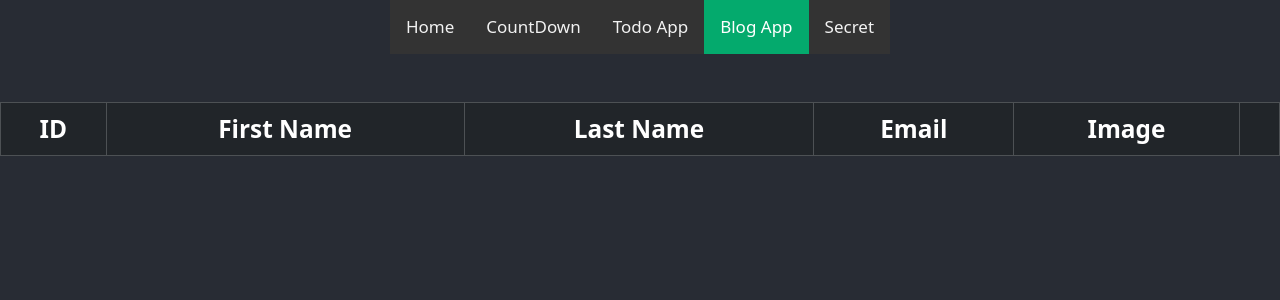
Repository: ThucSkin/React-hook-basic
Page: /blog
The author's editor kept a copy of each file at every save. The page is drawn from the files as they stood at one save, then again after the next save.
The browser window is 1280 px wide. The pictures show the whole page.
The page's requests for data from a server got no answer. The project was rebuilt for these pictures with package versions that can differ from the ones it lists, and the page was loaded fresh each time. No one was signed in, and anything a server would have sent is missing. Also part of the build but not shown: src/views/Todo.js, src/views/TableApi/TableUser.scss, src/views/TableApi/TableApi.js, src/views/CountDown/countdown.js, src/views/BlogDetail.js.

Above is the page before, as saved 2023-06-11 22:26:59.

After the next save:
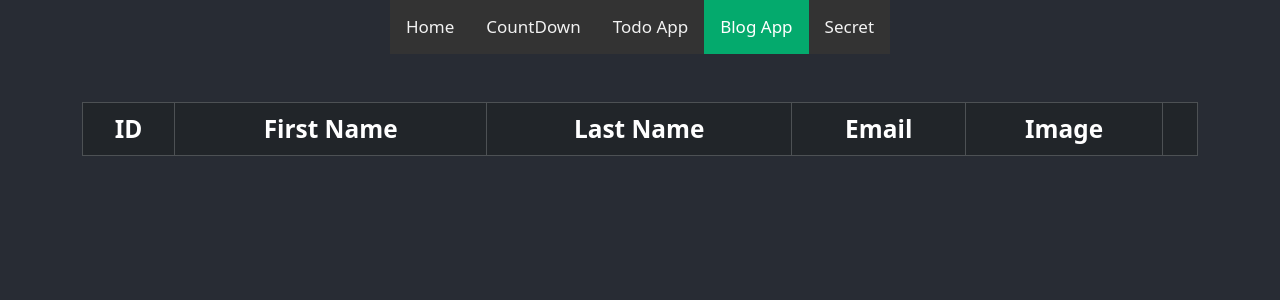
Saved 44 s later.
--- a/src/App.js
+++ b/src/App.js
@@ -7,6 +7,7 @@ import { CountDown } from './views/CountDown/countdown';
 import { Routes, Route } from 'react-router-dom'
 import { Blog } from './views/Blog';
 import DetailBlog from './views/BlogDetail';
+import { Container } from 'react-bootstrap';
 
 
 const App = () => {
@@ -14,13 +15,15 @@ const App = () => {
     <div className="App">
       <header className="App-header">
         <Nav />
-        <Routes>
-          <Route path='/' element={<TableApi />} />
-          <Route path='/countdown' element={<CountDown />} />
-          <Route path='/todo' element={<Todo />} />
-          <Route path='/blog' element={<Blog />} />
-          <Route path='/blog/:id' element={<DetailBlog />} />
-        </Routes>
+        <Container>
+          <Routes>
+            <Route path='/' element={<TableApi />} />
+            <Route path='/countdown' element={<CountDown />} />
+            <Route path='/todo' element={<Todo />} />
+            <Route path='/blog' element={<Blog />} />
+            <Route path='/blog/:id' element={<DetailBlog />} />
+          </Routes>
+        </Container>
       </header>
     </div>
   );
